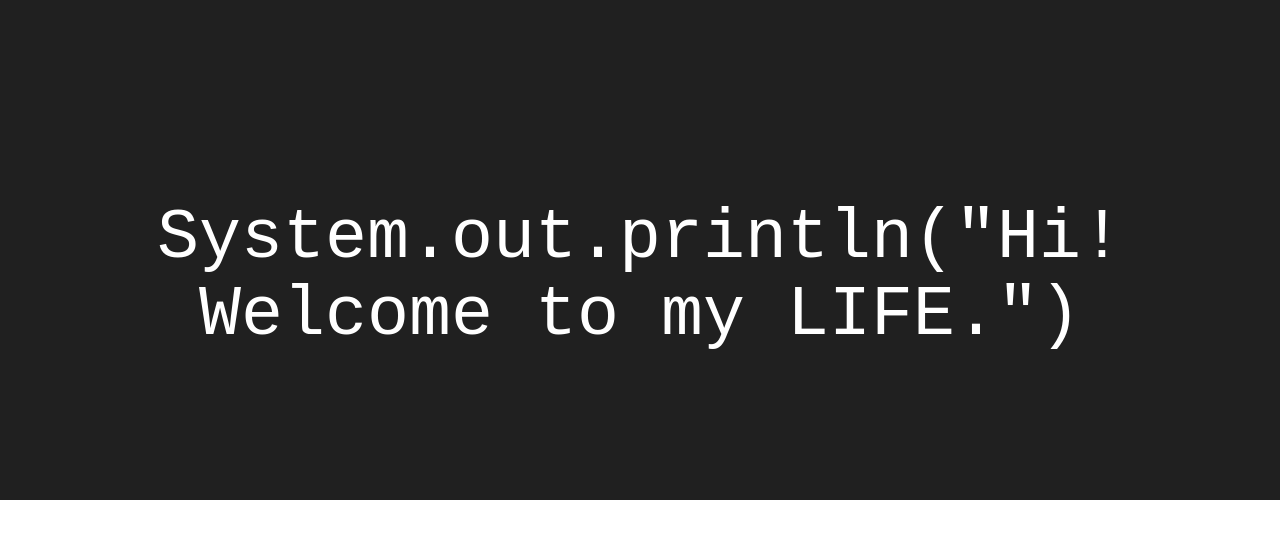
Repository: janry-gracia/Divinagracia_FinalProject
Page: Pages/storyofmylife.html
These files come from the project's save history. The page is drawn as it stood at one moment and after the next save; the edit follows.
The browser window is 1280 px wide. The pictures show the whole page.

Above is the page before, as saved 2021-05-17 23:29:50.
Console error: TypeError: Cannot read properties of null (reading 'addEventListener')

After the next save:
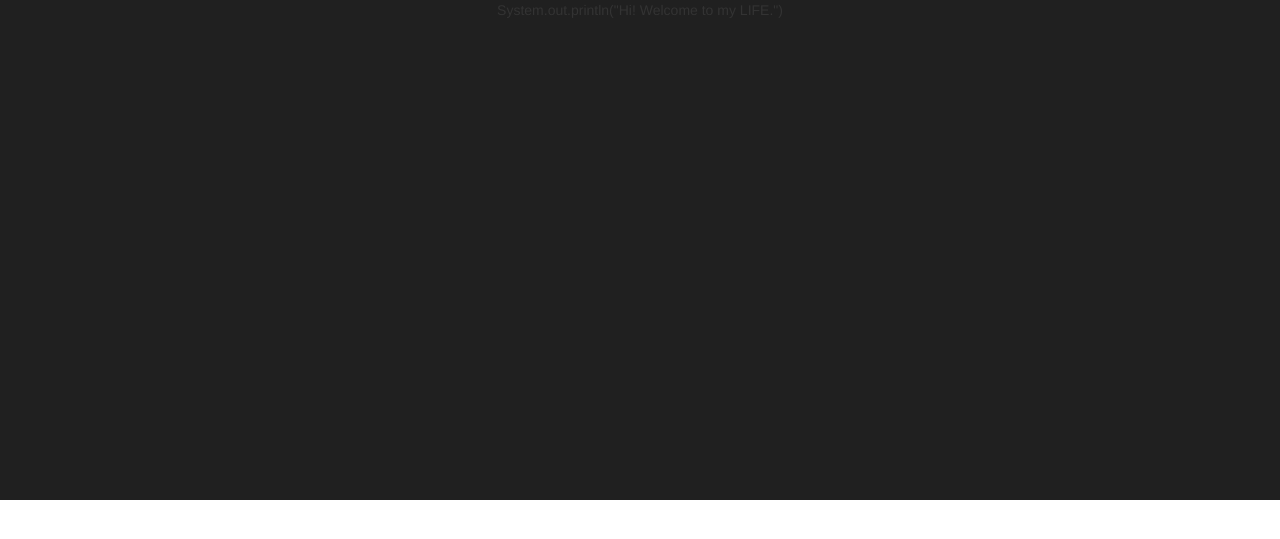
Saved 3 min 48 s later.
--- a/Pages/storyofmylife.html
+++ b/Pages/storyofmylife.html
@@ -13,7 +13,7 @@
     <div class="container-fluid ">
 
         <div class="container-fluid message">
-            <h1 class="message typewriter">System.out.println("Hi! Welcome to my LIFE.")</h1>
+            <p class="message typewriter">System.out.println("Hi! Welcome to my LIFE.")</p>
         </div>
 
 
